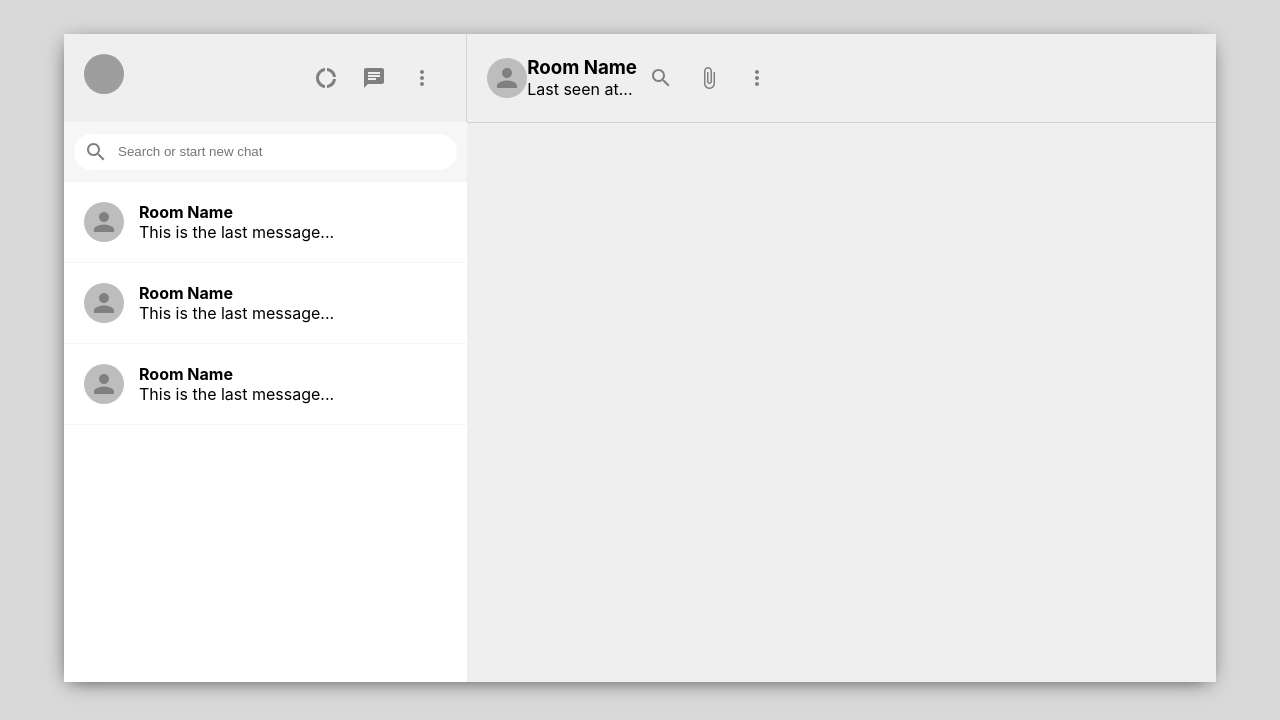
Repository: BogoGit/clone-whatsapp
Page: / (app in whatsapp-front/)
An editor plug-in stored every save of this project. The page is shown before and after the next save, followed by the edit.
The browser window is 1280 px wide. The pictures show the whole page.
Pictures or frames that could not be fetched are drawn as grey boxes. The project was rebuilt for these pictures with package versions that can differ from the ones it lists, and the page was loaded fresh each time.

Above is the page before, as saved 2020-11-18 21:07:28.

After the next save:
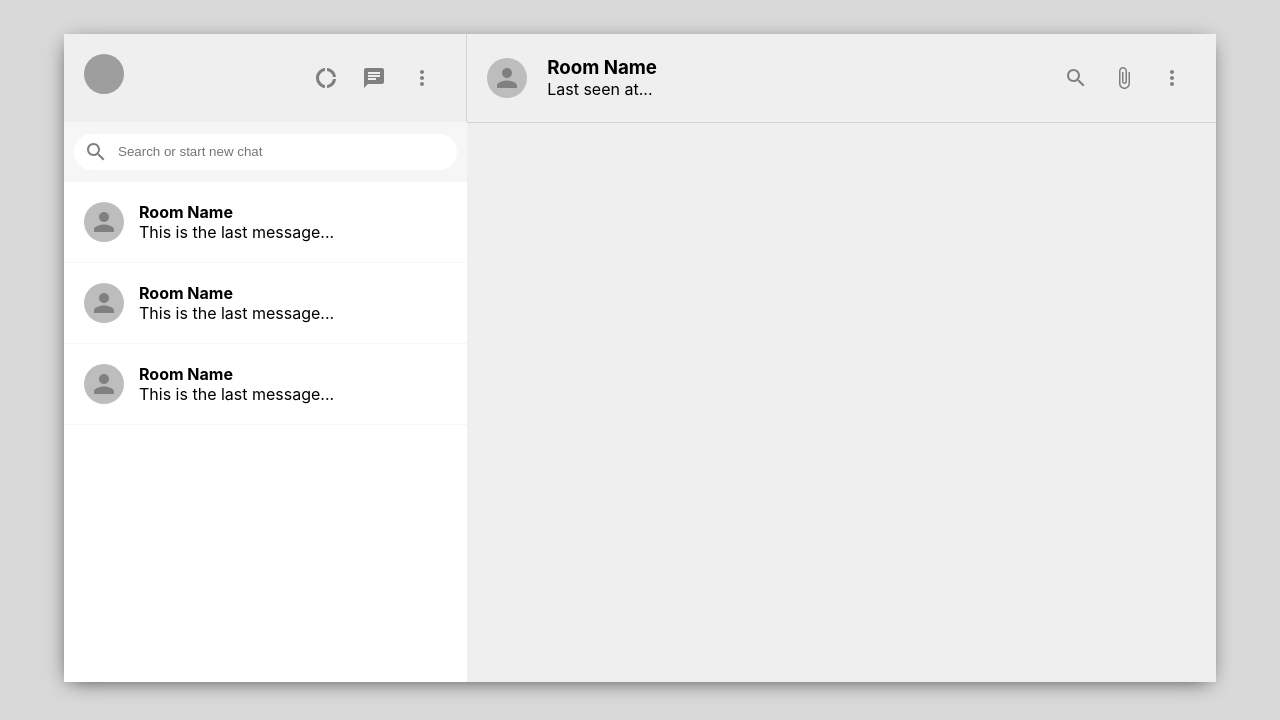
Saved 28 s later.
--- a/whatsapp-front/src/Components/Chat.css
+++ b/whatsapp-front/src/Components/Chat.css
@@ -10,3 +10,8 @@
 	border-bottom: 1px solid lightgray;
 	padding: 2rem;
 }
+
+.chat__headerInfo {
+	flex: 1;
+	padding-left: 2rem;
+}
